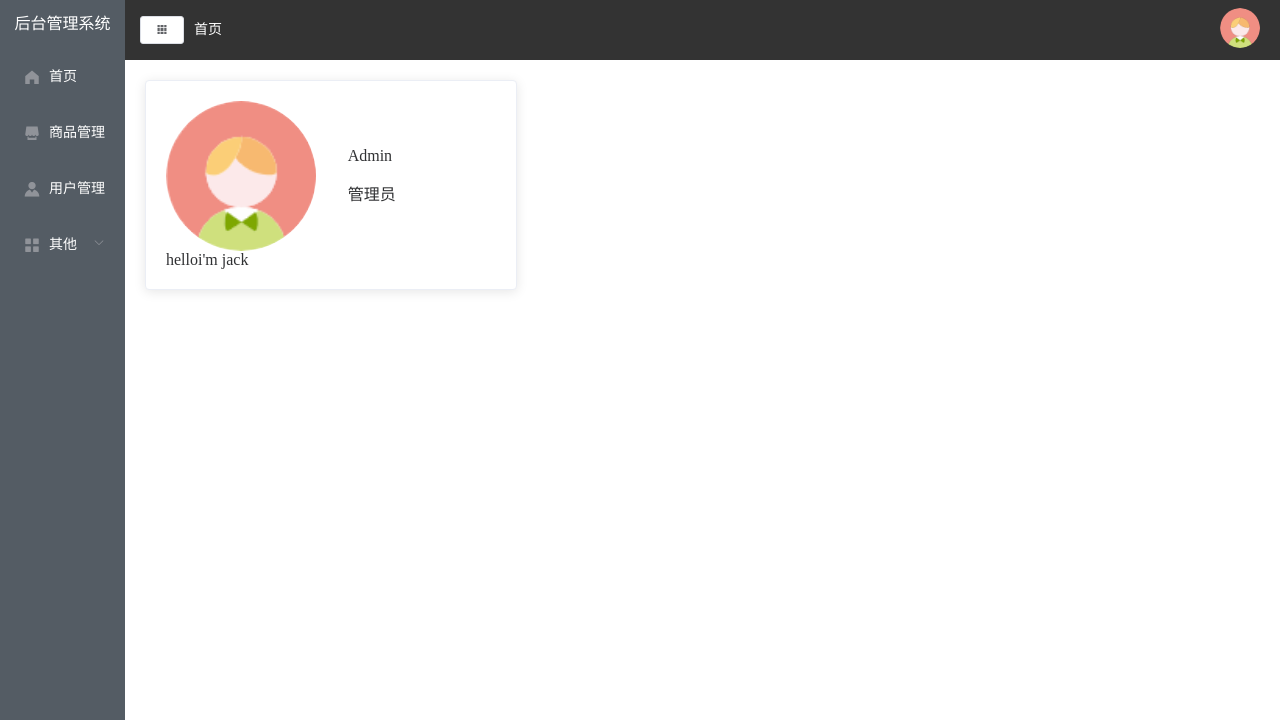
Repository: tkqi/manage
Page: /
These files come from the project's save history. The page is drawn as it stood at one moment and after the next save; the edit follows.
The browser window is 1280 px wide. The pictures show the whole page.
The project was rebuilt for these pictures with package versions that can differ from the ones it lists, and the page was loaded fresh each time. Also part of the build but not shown: vue.config.js.

Above is the page before, as saved 2023-12-03 15:35:55.

After the next save:
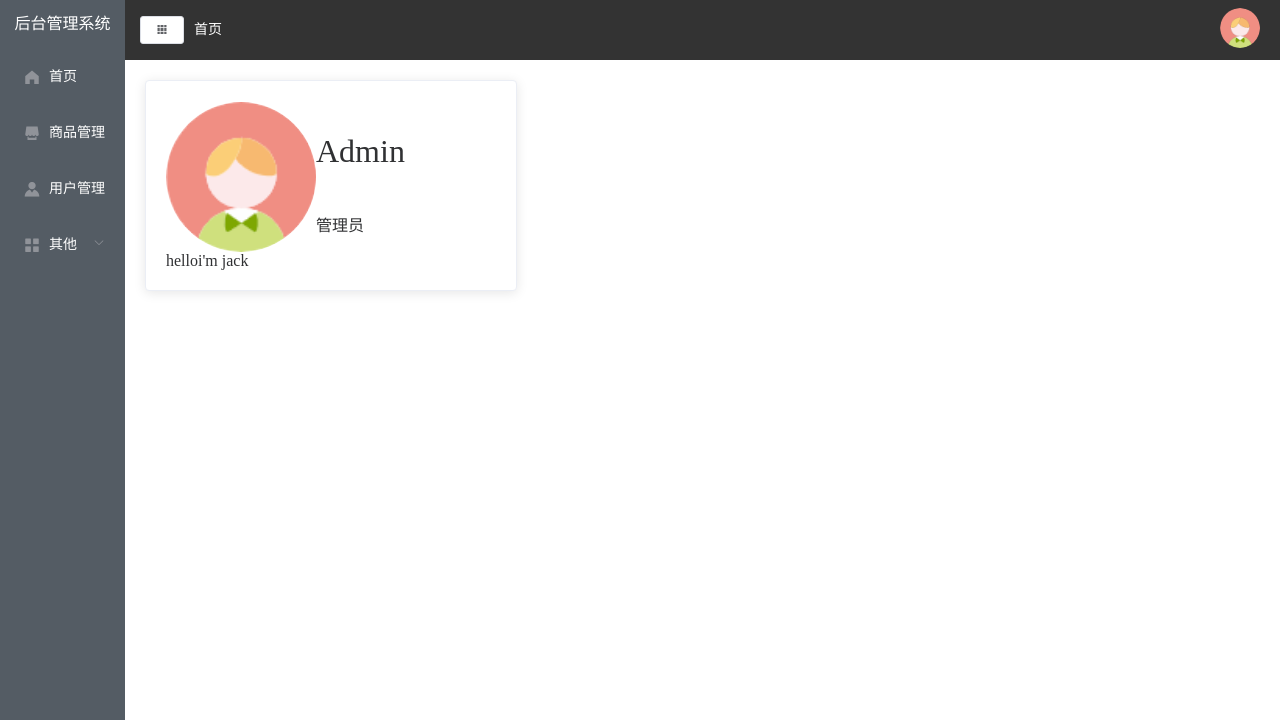
Saved 53 s later.
--- a/src/views/Home.vue
+++ b/src/views/Home.vue
@@ -41,6 +41,10 @@ export default {
     padding-right: 100px;
     .user-info{
 
+        .name{
+            font-size: 32px;
+            padding-bottom: 10px;
+        }
     }
     img{
         height: 150px;
